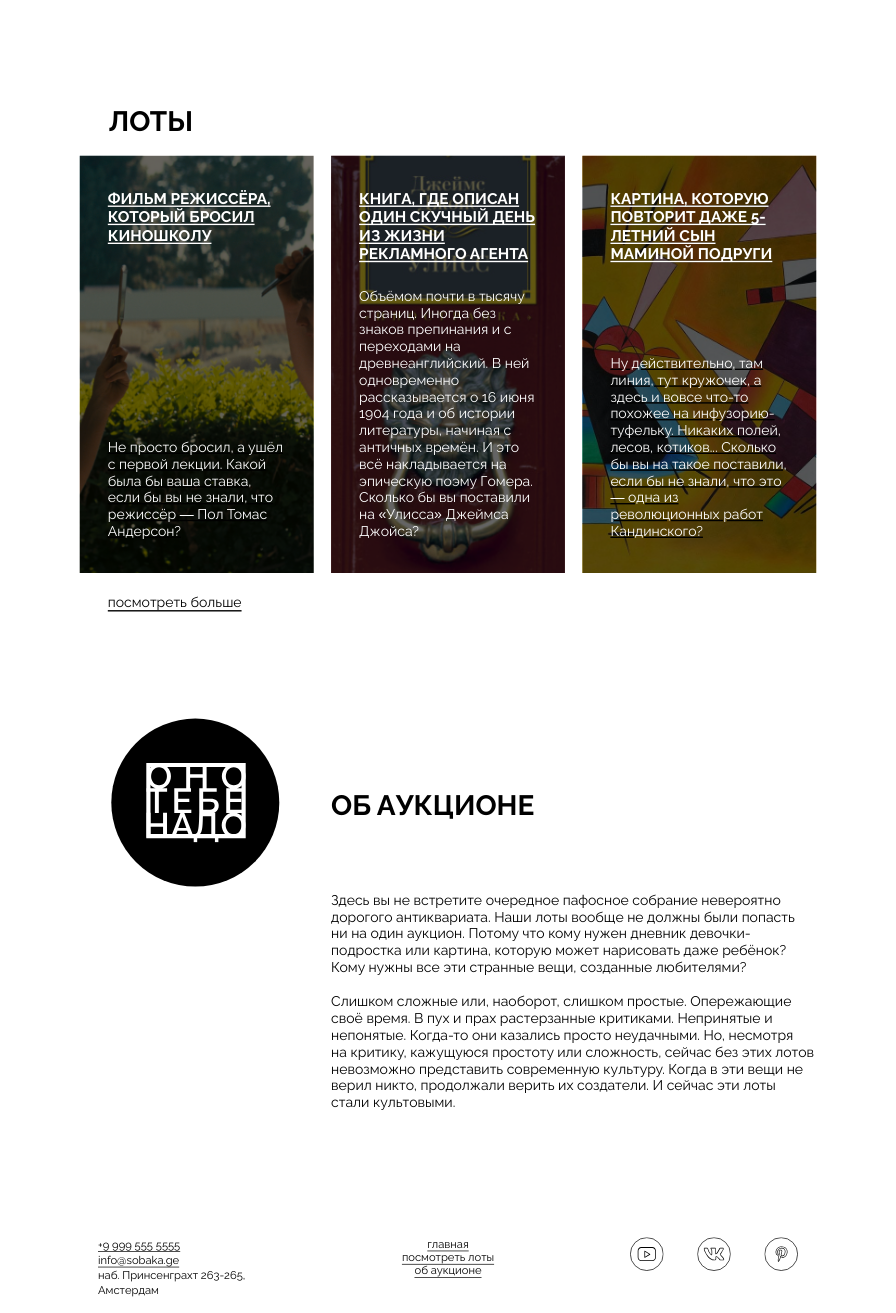
Repository: NikWolf75/ono-tebe-nado-fd
Page: index.html
An editor plug-in stored every save of this project. The page is shown before and after the next save, followed by the edit.
The browser window is 1280 px wide. The pictures show the part of the page from y = 1081 to 3001 px (the page is 2957 px tall before and 3001 px after), at 70% of full size.

Above is the page before, as saved 2024-12-17 14:13:49.

After the next save:
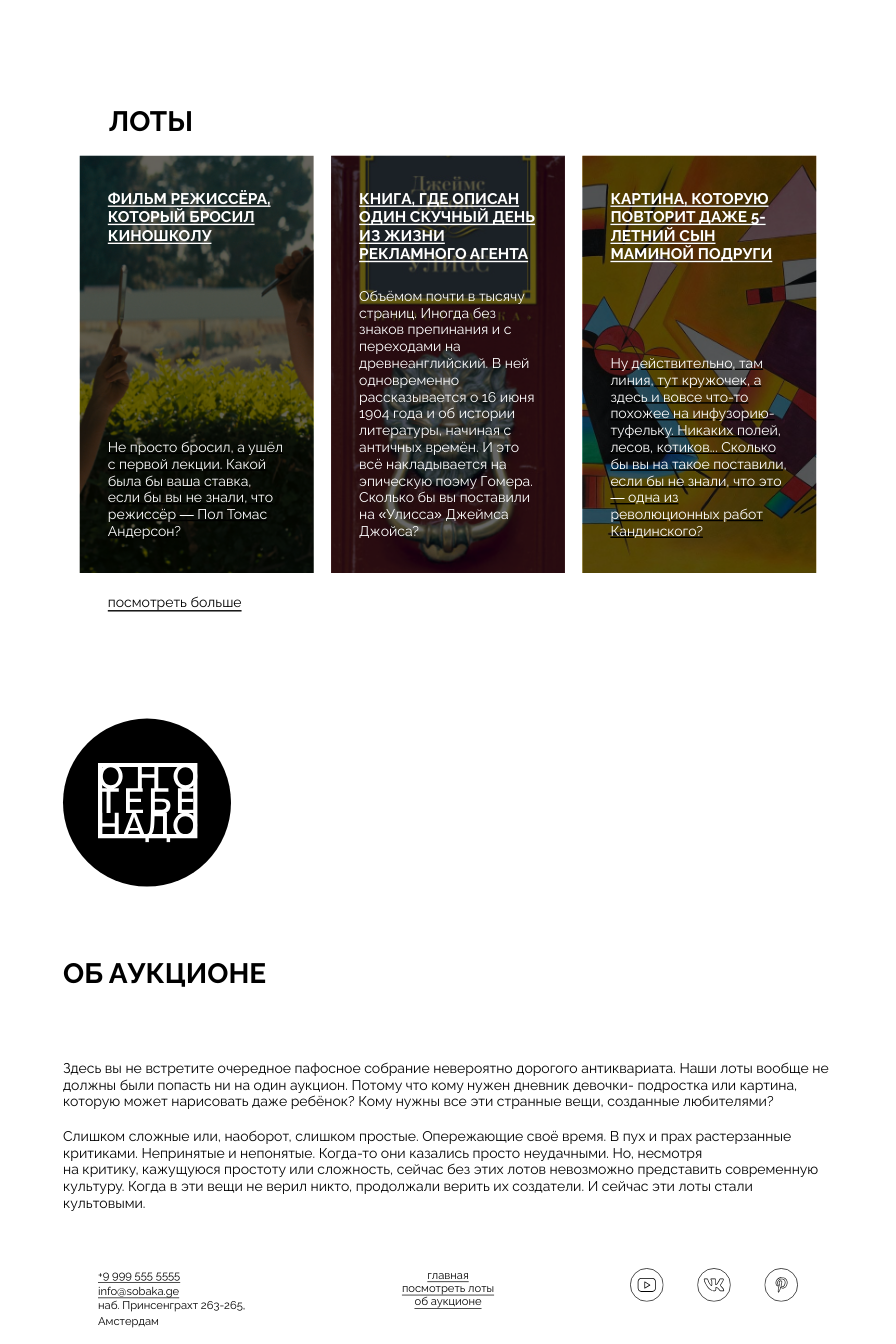
Saved 90 s later.
--- a/index.html
+++ b/index.html
@@ -128,7 +128,7 @@
           </ul>
           <a class="lots__look-more-link" href="#main">посмотреть больше</a>
       </section>
-      <section class="about-lots" id="#about">
+      <section class="about" id="#about">
         <div class="about-lots__column">
           <div class="about-lots__logo">
             <img
